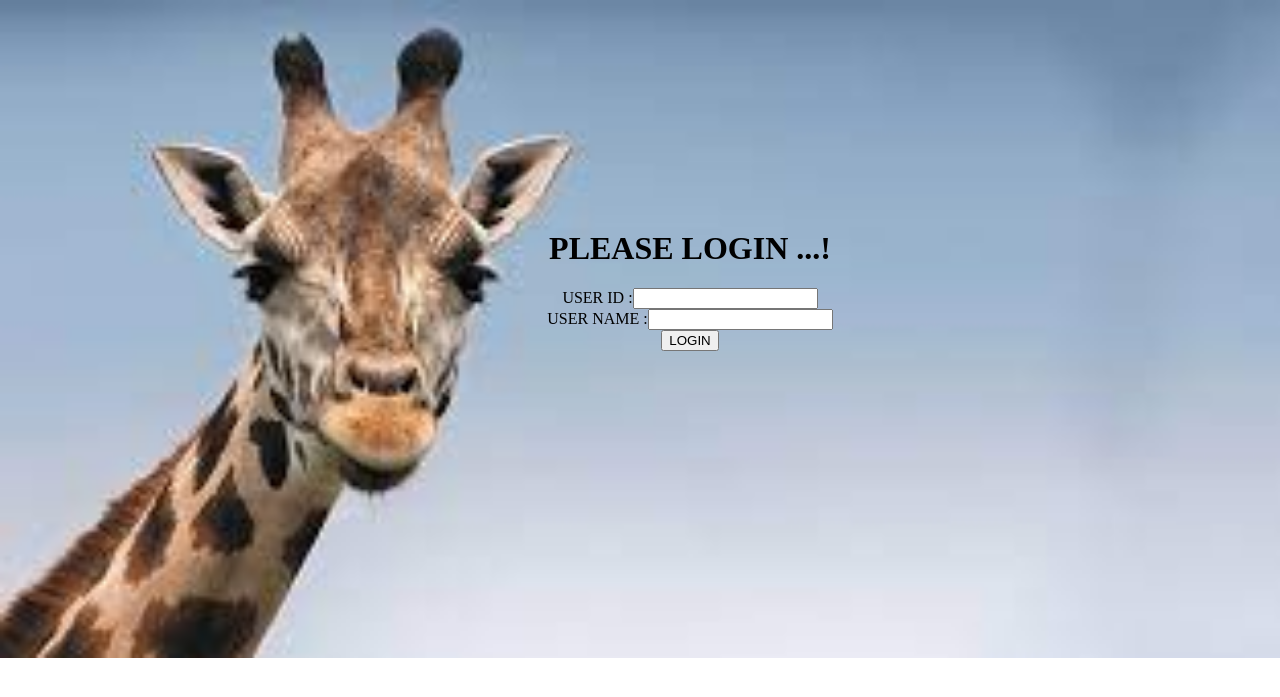
Repository: Thaneshwara848/E-Y
Page: Jdbc-Servlet-Jsp/Webemo5/src/main/webapp/LoginPage.html
The author's editor kept a copy of each file at every save. The page is drawn from the files as they stood at one save, then again after the next save.
The browser window is 1280 px wide. The pictures show the whole page.

Above is the page before, as saved 2023-05-22 06:40:25.

### Jdbc-Servlet-Jsp/Webemo5/src/main/webapp/LoginPage.html
<!DOCTYPE html>
<html>
<head>
<meta charset="UTF-8">
<title>Insert title here</title>
<style type="text/css">
	body{
	background-image: url("ey.jpg");
	background-repeat: no-repeat;
	background-size: cover;

	}
</style>
</head>
<body >
<div style="text-align: center;margin-top: 230px;margin-left: 100px">

	<form action="Login" method="POST">
	<h1> PLEASE LOGIN ...!</h1>
		USER ID :<input type="text" name="uname"><br>
		USER NAME :<input type="text" name="upass"><br>

		<input type="submit" value="LOGIN">
	</form>

</div>

</body>
</html>

After the next save:
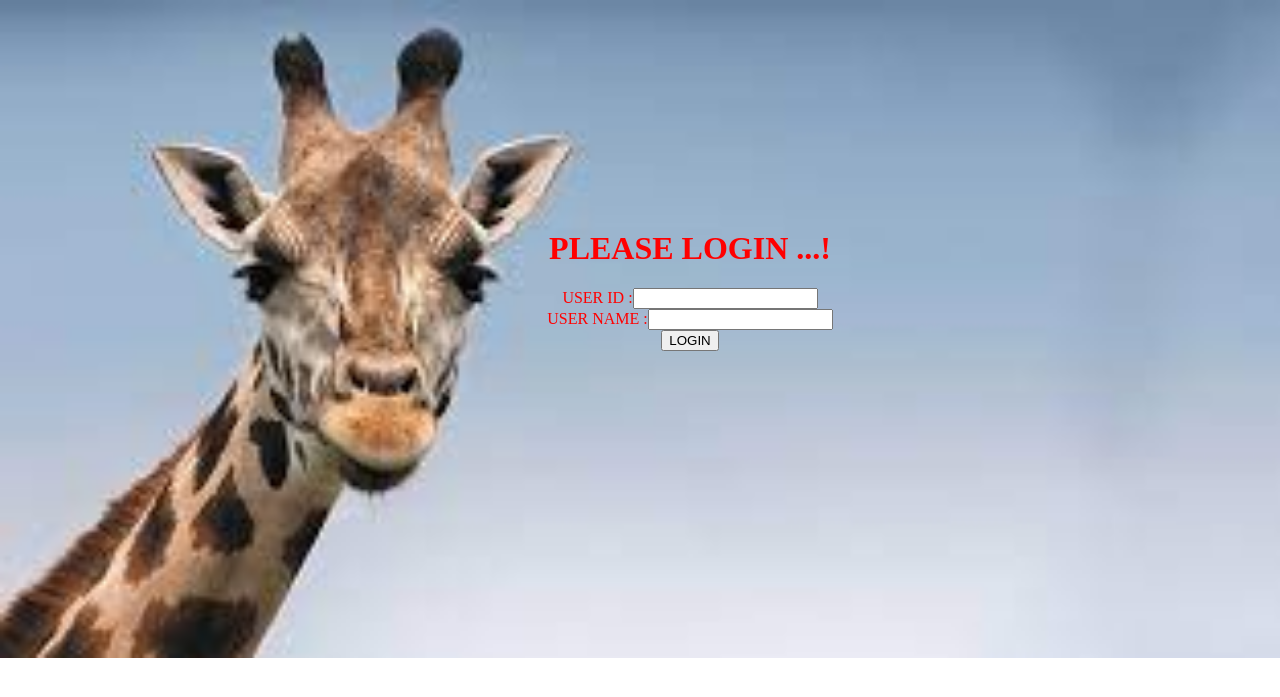
Saved 12 s later.
--- a/Jdbc-Servlet-Jsp/Webemo5/src/main/webapp/LoginPage.html
+++ b/Jdbc-Servlet-Jsp/Webemo5/src/main/webapp/LoginPage.html
@@ -13,7 +13,7 @@
 </style>
 </head>
 <body >
-<div style="text-align: center;margin-top: 230px;margin-left: 100px">
+<div style="text-align: center;margin-top: 230px;margin-left: 100px;color: red">
 
 	<form action="Login" method="POST">
 	<h1> PLEASE LOGIN ...!</h1>
